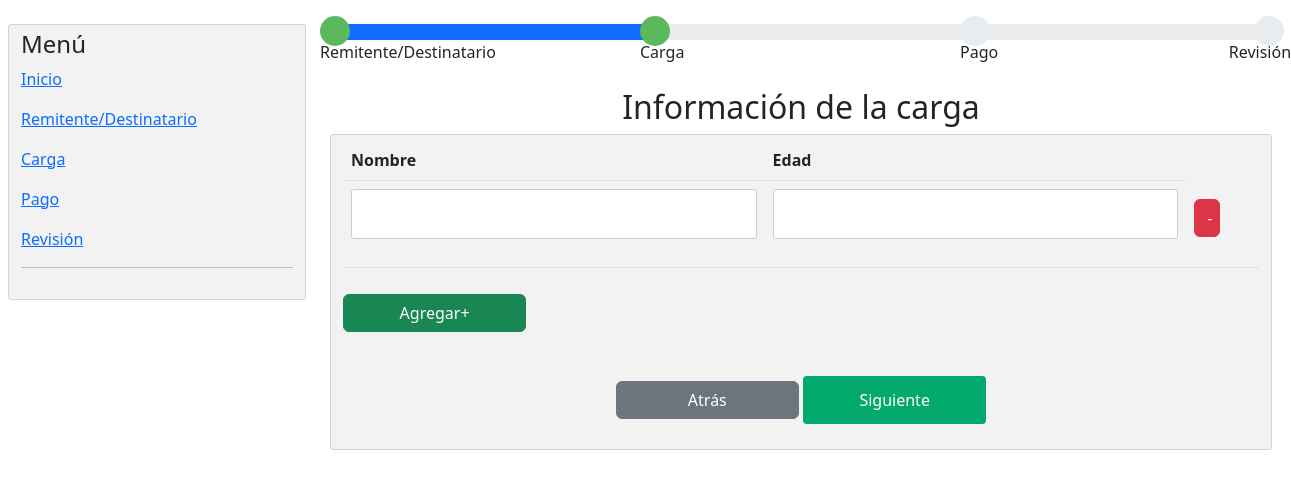
Repository: SennovaFluvial/Trasnfluvial
Page: appFluvial/templates/card1carga.html
The author's editor kept a copy of each file at every save. The page is drawn from the files as they stood at one save, then again after the next save.
The browser window is 1280 px wide. The page is 1291 px wide, so the pictures cover 1291 px, including what lies to the right of the window. The pictures show the whole page.
The template is drawn by Django 3.2. The application's start-up code is not run. The template is opened directly, without the code that normally fills it, so the values that code supplies are empty.

Above is the page before, as saved 2023-10-19 23:22:30.

After the next save:
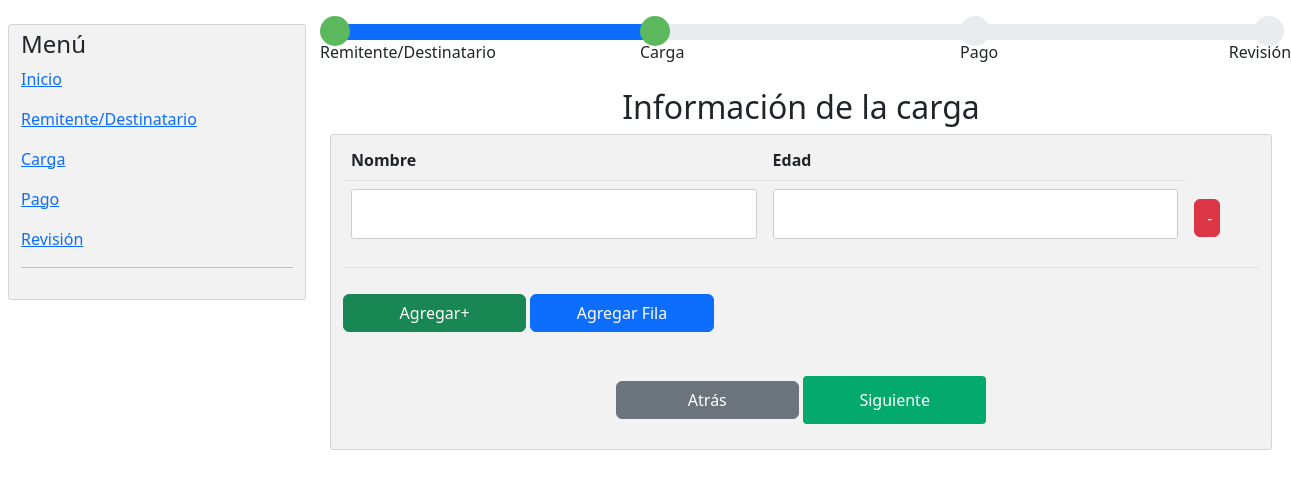
Saved 3 min 21 s later.
--- a/appFluvial/templates/card1carga.html
+++ b/appFluvial/templates/card1carga.html
@@ -242,6 +242,7 @@ span.price {
             </table>
 
             <a type="button"  class="btn btn-success" onclick="addRow()">Agregar+</a>
+            <button type="button" class="btn btn-primary" data-toggle="modal" data-target="#myModal">Agregar Fila</button>
           </div>
         </div>
         <br>
@@ -254,5 +255,35 @@ span.price {
   </div>
 </div>
 
+
+<div class="modal" id="myModal">
+  <div class="modal-dialog">
+      <div class="modal-content">
+
+          <div class="modal-header">
+              <h4 class="modal-title">Agregar Datos</h4>
+              <button type="button" class="close" data-dismiss="modal">&times;</button>
+          </div>
+
+          <div class="modal-body">
+              <div class="form-group">
+                  <label for="name">Nombre:</label>
+                  <input type="text" class="form-control" id="name">
+              </div>
+              <div class="form-group">
+                  <label for="age">Edad:</label>
+                  <input type="text" class="form-control" id="age">
+              </div>
+          </div>
+
+          <div class="modal-footer">
+              <button type="button" class="btn btn-success" onclick="addRow()">Agregar</button>
+              <button type="button" class="btn btn-danger" data-dismiss="modal">Cerrar</button>
+          </div>
+
+      </div>
+  </div>
+</div>
+
 </body>
 </html>
